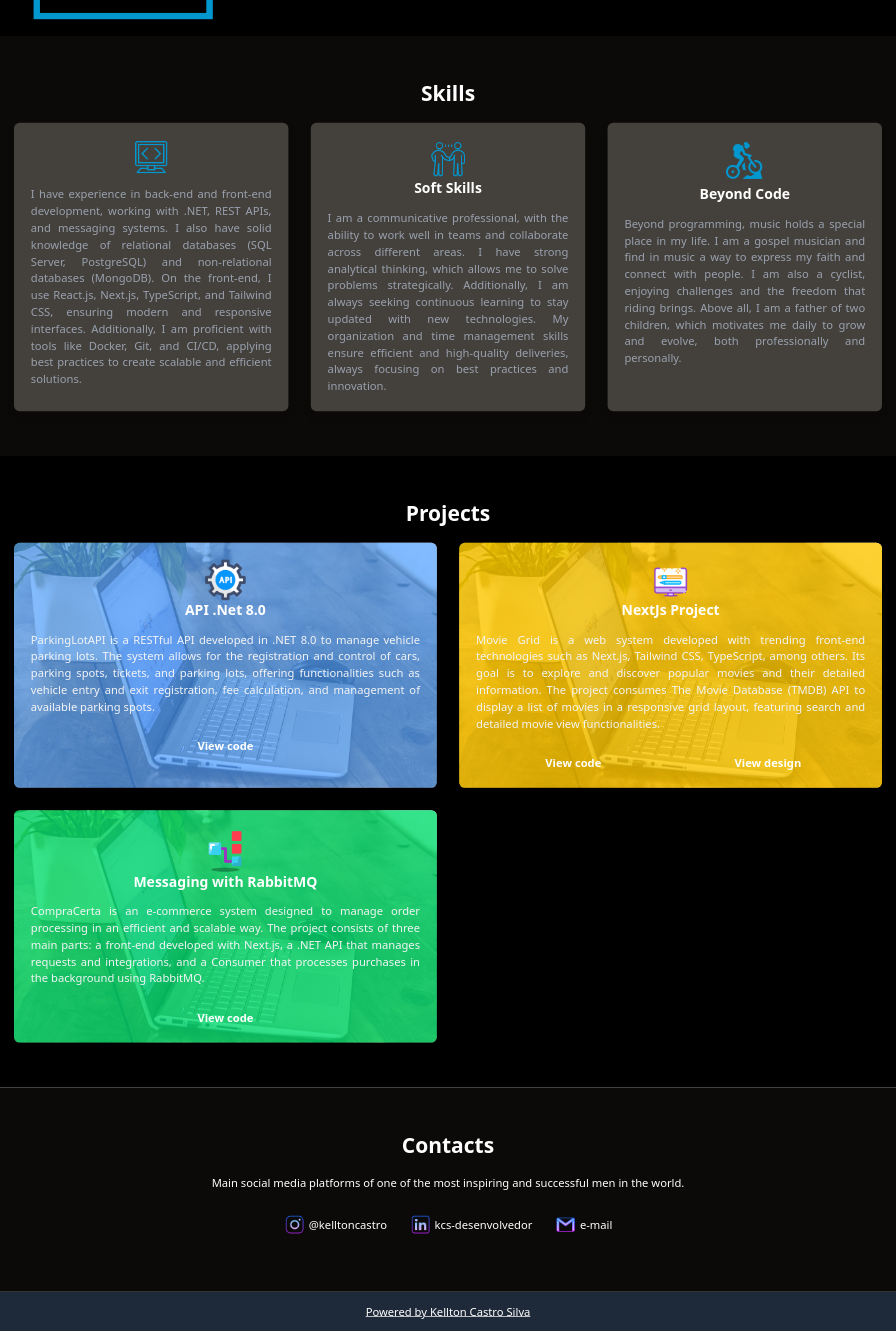
Repository: kcsdesenvolvedor/portfolio
Page: index.html
An editor plug-in stored every save of this project. The page is shown before and after the next save, followed by the edit.
The browser window is 1280 px wide. The pictures show the part of the page from y = 918 to 2838 px (the page is 2820 px tall before and 2838 px after), at 70% of full size.

Above is the page before, as saved 2025-03-26 20:13:22.
Console error: TypeError: Cannot read properties of null (reading 'textContent')

### index.html
<!DOCTYPE html>
<html lang="en">
<head>
    <meta charset="UTF-8">
    <meta name="viewport" content="width=device-width, initial-scale=1.0">
    <link rel="icon" href="./img/faviconK.png" type="image/x-icon">
    <link href="./output.css" rel="stylesheet">
    <title>Kellton Castro</title>
    <style>
        .typing-container {
        font-family: 'Courier New', monospace;
        font-size: 24px;
        color: #333;
        white-space: nowrap;
        overflow: hidden;
        border-right: 2px solid black;
        display: inline-block;
        animation: blink-caret 0.7s step-end infinite;
        }

        #typing-text {
            height: 40px;
        }

        @keyframes blink-caret {
        from, to {
            border-color: transparent;
        }
        50% {
            border-color: black;
        }
        }


        @keyframes fadeIn {
            from {
                opacity: 0;
                transform: translateY(20px);
            }
            to {
                opacity: 1;
                transform: translateY(0);
            }
        }

        .fade-in {
            animation: fadeIn 1s ease-in-out;
        }
    </style>
</head>
<body class="bg-gray-100 font-sans">
    <header>
        <nav class="fixed top-0 z-50 w-full px-4 py-4 flex justify-between items-center bg-stone-950">
            <div class="lg:hidden">
                <button class="navbar-burger flex items-center text-blue-600 p-3">
                    <svg class="block h-4 w-4 fill-current" viewBox="0 0 20 20" xmlns="http://www.w3.org/2000/svg">
                        <title>Mobile menu</title>
                        <path d="M0 3h20v2H0V3zm0 6h20v2H0V9zm0 6h20v2H0v-2z"></path>
                    </svg>
                </button>
            </div>
            <div>
                <ul class="hidden absolute top-1/2 left-1/2 transform -translate-y-1/2 -translate-x-1/2 lg:mx-auto lg:flex lg:items-center lg:w-auto lg:space-x-20">
                    <li><a class="text-sm text-blue-600/80 dark:text-sky-400/80 hover:text-white" href="#home" data-i18n="home"></a></li>
                    <li><a class="text-sm text-blue-600/80 dark:text-sky-400/80 hover:text-white" href="#about" data-i18n="about"></a></li>
                    <li><a class="text-sm text-blue-600/80 dark:text-sky-400/80 hover:text-white" href="#skills" data-i18n="skills"></a></li>
                    <li><a class="text-sm text-blue-600/80 dark:text-sky-400/80 hover:text-white" href="#projects" data-i18n="projects"></a></li>
                    <li><a class="text-sm text-blue-600/80 dark:text-sky-400/80 hover:text-white" href="#contacts" data-i18n="contacts"></a></li>
                </ul>
            </div>
            <div class="w-lg">
                <select id="language-select" class="border-2 border-blue-600/80 dark:border-sky-400/80 text-blue-600/80 dark:text-sky-400/80 bg-transparent rounded-lg px-4 py-2">
                    <option value="en">English</option>
                    <option value="pt">Português</option>
                </select>
            </div>
        </nav>
        <div class="navbar-menu fixed top-0 z-50 w-full hidden">
            <div class="navbar-backdrop fixed inset-0 bg-gray-800 opacity-25"></div>
            <nav class="fixed top-0 left-0 bottom-0 flex flex-col w-5/6 max-w-sm py-6 px-6 bg-white border-r overflow-y-auto">
                <div class="flex items-center mb-8">
                    <a class="mr-auto text-3xl font-bold leading-none" href="#">
                        <img class="w-16" src="./img/logo.png" alt="">
                    </a>
                    <button class="navbar-close">
                        <svg class="h-6 w-6 text-gray-400 cursor-pointer hover:text-gray-500" xmlns="http://www.w3.org/2000/svg" fill="none" viewBox="0 0 24 24" stroke="currentColor">
                            <path stroke-linecap="round" stroke-linejoin="round" stroke-width="2" d="M6 18L18 6M6 6l12 12"></path>
                        </svg>
                    </button>
                </div>
                <div>
                    <ul>
                        <li class="mb-1">
                            <a class="navbar-itemMenu block p-4 text-sm font-semibold text-gray-400 hover:bg-blue-50 hover:text-blue-600 rounded" href="#home" data-i18n="home"></a>
                        </li>
                        <li class="mb-1">
                            <a class="navbar-itemMenu block p-4 text-sm font-semibold text-gray-400 hover:bg-blue-50 hover:text-blue-600 rounded" href="#about" data-i18n="about"></a>
                        </li>
                        <li class="mb-1">
                            <a class="navbar-itemMenu block p-4 text-sm font-semibold text-gray-400 hover:bg-blue-50 hover:text-blue-600 rounded" href="#skills" data-i18n="skills"></a>
                        </li>
                        <li class="mb-1">
                            <a class="navbar-itemMenu block p-4 text-sm font-semibold text-gray-400 hover:bg-blue-50 hover:text-blue-600 rounded" href="#projects" data-i18n="projects"></a>
                        </li>
                        <li class="mb-1">
                            <a class="navbar-itemMenu block p-4 text-sm font-semibold text-gray-400 hover:bg-blue-50 hover:text-blue-600 rounded" href="#contact" data-i18n="contacts"></a>
                        </li>
                    </ul>
                </div>
                <div class="mt-auto">

                    <a href="https://kcode2025.github.io/sucess-history" target="_blank">
                        <p class="my-4 text-xs text-center text-gray-400">
                            Powered by Success Story
                        </p>
                    </a>
                </div>
            </nav>
        </div>
    </header>


    <!-- Home Section -->
    <section id="home" class="flex flex-col-reverse lg:flex-row lg:justify-around justify-between bg-stone-950 text-white text-center pt-20 lg:pb-0 pb-5 px-10 fade-in">
        <!-- Div do texto -->
        <div class="self-center w-full flex items-center justify-center">
            <div class="flex flex-col lg:w-2/4"> <!-- Ajuste essa div para ocupar 100% da largura -->
                <p class="text-md text-left" data-i18n="hello"></p>
                <p class="text-3xl text-blue-600/80 dark:text-sky-400/80 text-left font-semibold" data-i18n="apresentationMe"></p>
                <p class="text-lg text-gray-400 text-left font-semibold mb-2" data-i18n="myProfission"></p>
                <p class="text-xs text-gray-400 text-left font-semibold mb-8" data-i18n="welcomePortfolio"></p>
                <a href="#contact" class="bg-blue-600/80 dark:bg-sky-400/80 text-white font-bold w-2/4 py-3 px-6 border-2 rounded-lg shadow-lg hover:bg-black hover:text-blue-600/80 hover:dark:text-sky-400/80 hover:border-blue-600/80 hover:dark:border-sky-400/80 hover:border-2 transition delay-150 duration-300 ease-in-out" data-i18n="contacts"></a>
            </div>
        </div>

        <!-- Div da imagem -->
        <div class="flex justify-center lg:justify-end lg:w-2/4">
            <img class="min-w-2/4 object-contain" src="./img/perfil-portfolio2.png">
        </div>
    </section>

    <!-- Sobre -->
    <section id="about" class="flex flex-col lg:flex-row items-center justify-center space-y-10 lg:space-y-0 lg:space-x-20 py-16 bg-black border-r-gray-900 fade-in">
        <div class="relative flex justify-center">
            <!-- Moldura (posição de fundo) -->
            <img src="./img/moldura.png" class="w-3xs h-3xs absolute -left-5 top-5 lg:-left-10 lg:top-10" alt="moldura do perfil">

            <!-- Imagem de perfil (fica por cima) -->
            <img src="./img/perfil-portfolio1.png" class="w-3xs h-3xs relative z-10" alt="meu perfil">
        </div>
        <div class="px-5 w-full lg:w-3xl text-center lg:text-left">
            <h3 class="text-3xl text-white font-bold mb-2" data-i18n="about"></h3>
            <div class="w-20 h-0.5 bg-blue-600/80 dark:bg-sky-400/80 mb-3 mx-auto lg:mx-0"></div>
            <p class="text-gray-400 text-left w-full mb-8" data-i18n="aboutMeInfo"></p>
            <div class="flex flex-col lg:flex-row w-full lg:w-2/4 gap-4">
                <a href="#contact" class="bg-blue-600/80 dark:bg-sky-400/80 text-center text-white font-bold w-full lg:w-2/4 py-3 px-6 border-2 rounded-lg shadow-lg hover:bg-black hover:text-blue-600/80 hover:dark:text-sky-400/80 hover:border-blue-600/80 hover:dark:border-sky-400/80 hover:border-2 transition delay-150 duration-300 ease-in-out" data-i18n="contacts"></a>
                <a href="cv/Kellton.pdf" download="Kellton.pdf" class="bg-black text-center border-blue-600/80 dark:border-sky-400/80 text-blue-600/80 dark:text-sky-400/80 font-bold w-full lg:w-2/4 py-3 px-6 border-2 rounded-lg shadow-lg hover:text-white hover:border-white hover:border-2 transition delay-150 duration-300 ease-in-out">
                    Download CV
                </a>
            </div>
        </div>
    </section>



    <!-- Skills -->
    <section id="skills" class="py-16 bg-stone-950 fade-in">
        <div class="container mx-auto text-center">
            <h3 class="text-3xl text-white font-bold mb-6" data-i18n="skills"></h3>
            <div class="px-5 grid grid-cols-1 md:grid-cols-3 gap-8">
                <div class="flex flex-col items-center bg-stone-700 p-6 rounded-lg shadow-lg transition delay-150 duration-300 transform hover:scale-105 hover:shadow-xl">
                    <img src="./img/hard-skills.png" alt="image hard skills">
                    <h4 class="text-xl text-white font-bold mb-4" data-i18n="technicalSkill"></h4>
                    <p class="text-gray-400 text-justify">I have experience in back-end and front-end development, working with .NET, REST APIs, and messaging systems. I also have solid knowledge of relational databases (SQL Server, PostgreSQL) and non-relational databases (MongoDB). On the front-end, I use React.js, Next.js, TypeScript, and Tailwind CSS, ensuring modern and responsive interfaces. Additionally, I am proficient with tools like Docker, Git, and CI/CD, applying best practices to create scalable and efficient solutions.</p>
                </div>
                <div class="flex flex-col items-center bg-stone-700 p-6 rounded-lg shadow-lg transition delay-150 duration-300 transform hover:scale-105 hover:shadow-xl">
                    <img src="./img/soft-skills.png" class="h-14" alt="image soft skills">
                    <h4 class="text-xl text-white font-bold mb-4">Soft Skills</h4>
                    <p class="text-gray-400 text-justify">I am a communicative professional, with the ability to work well in teams and collaborate across different areas. I have strong analytical thinking, which allows me to solve problems strategically. Additionally, I am always seeking continuous learning to stay updated with new technologies. My organization and time management skills ensure efficient and high-quality deliveries, always focusing on best practices and innovation.</p>
                </div>
                <div class="flex flex-col items-center bg-stone-700 p-6 rounded-lg shadow-lg transition delay-150 duration-300 transform hover:scale-105 hover:shadow-xl">
                    <img src="./img/beyond-code.png" alt="imagem de beyond code">
                    <h4 class="text-xl text-white font-bold mb-4">Beyond Code</h4>
                    <p class="text-gray-400 text-justify">Beyond programming, music holds a special place in my life. I am a gospel musician and find in music a way to express my faith and connect with people. I am also a cyclist, enjoying challenges and the freedom that riding brings. Above all, I am a father of two children, which motivates me daily to grow and evolve, both professionally and personally.</p>
                </div>
            </div>
        </div>
    </section>

    <!-- Projetos -->
    <section id="projects" class="py-16 bg-black fade-in">
        <div class="container mx-auto text-center">
            <h3 class="text-3xl text-white font-bold mb-6" data-i18n="projects"></h3>
            <div class="px-5 grid grid-cols-1 md:grid-cols-2 gap-8">
                <div class="relative bg-stone-700 p-6 rounded-lg shadow-lg
                bg-[url('./img/homeoffice.jpg')] bg-cover bg-center bg-opacity-20">
                    <div class="absolute inset-0 bg-blue-400/70 rounded-lg"></div>
                    <div class="relative z-10 flex flex-col items-center">
                        <img src="./img/api.png" alt="image api">
                        <h4 class="text-xl text-white font-bold mb-4">API .Net 8.0</h4>
                        <p class="text-gray-100 text-justify">ParkingLotAPI is a RESTful API developed in .NET 8.0 to manage vehicle parking lots. The system allows for the registration and control of cars, parking spots, tickets, and parking lots, offering functionalities such as vehicle entry and exit registration, fee calculation, and management of available parking spots.</p>
                        <div class="flex justify-center mt-8 w-full">
                            <a href="https://github.com/kcsdesenvolvedor/ParkingLotAPI" class="text-white font-semibold w-full lg:w-2/4 px-6 hover:text-blue-600/80 hover:dark:text-sky-400/80 transition delay-150 duration-300 ease-in-out" target="_blank">
                                View code
                            </a>
                        </div>
                    </div>
                </div>
                <div class="relative bg-stone-700 p-6 rounded-lg shadow-lg
                bg-[url('./img/homeoffice.jpg')] bg-cover bg-center bg-opacity-20">
                    <div class="absolute inset-0 bg-yellow-400/80 rounded-lg"></div>
                    <div class="relative z-10 flex flex-col items-center">
                        <img src="./img/next-project.png" alt="image nextjs project">
                        <h4 class="text-xl text-white font-bold mb-4">NextJs Project</h4>
                        <p class="text-gray-100 text-justify">Movie Grid is a web system developed with trending front-end technologies such as Next.js, Tailwind CSS, TypeScript, among others. Its goal is to explore and discover popular movies and their detailed information. The project consumes The Movie Database (TMDB) API to display a list of movies in a responsive grid layout, featuring search and detailed movie view functionalities.</p>
                        <div class="flex justify-between mt-8 w-full">
                            <a href="https://github.com/kcsdesenvolvedor/Movie-Grid" class=" text-white font-semibold w-full lg:w-2/4 px-6 hover:text-blue-600/80 hover:dark:text-sky-400/80 transition delay-150 duration-300 ease-in-out" target="_blank">
                                View code
                            </a>
                            <a href="https://movie-grid-blue.vercel.app/" class=" text-white font-semibold w-full lg:w-2/4 px-6 hover:text-blue-600/80 hover:dark:text-sky-400/80 transition delay-150 duration-300 ease-in-out" target="_blank">
                                View design
                            </a>
                        </div>
                    </div>
                </div>
                <div class="relative flex flex-col items-center bg-stone-700 p-6 rounded-lg shadow-lg
                bg-[url('./img/homeoffice.jpg')] bg-cover bg-center bg-opacity-20">
                    <div class="absolute inset-0 bg-green-400/80 rounded-lg"></div>
                    <div class="relative z-10 flex flex-col items-center">
                        <img src="./img/mensageria.png" alt="imagem de mensageria">
                        <h4 class="text-xl text-white font-bold mb-4">Messaging with RabbitMQ</h4>
                        <p class="text-gray-100 text-justify">CompraCerta is an e-commerce system designed to manage order processing in an efficient and scalable way. The project consists of three main parts: a front-end developed with Next.js, a .NET API that manages requests and integrations, and a Consumer that processes purchases in the background using RabbitMQ.</p>
                        <div class="flex justify-center mt-8 w-full">
                            <a href="https://github.com/kcsdesenvolvedor/compra-certa" class="text-white font-semibold w-full lg:w-2/4 px-6 hover:text-blue-600/80 hover:dark:text-sky-400/80 transition delay-150 duration-300 ease-in-out" target="_blank">
                                View code
                            </a>
                        </div>
                    </div>
                </div>
            </div>
        </div>
    </section>

    <!-- Contato -->
    <section id="contacts" class="py-16 bg-stone-950 text-white text-center fade-in">
        <div class="container mx-auto px-2">
            <h3 class="text-3xl font-bold mb-6" data-i18n="contacts"></h3>
            <p class="mb-8">Main social media platforms of one of the most inspiring and successful men in the world.</p>
            <form class="max-w-lg mx-auto">
                <div class="flex flex-col justify-center lg:flex-row mb-4 gap-8">
                    <a href="https://www.cityfootballgroup.com/" target="_blank">
                        <div class="flex gap-1 items-center">
                            <img class="h-8 w-8" src="./img/instagram.png" alt="imagem do instagram">
                            <p class="text-1xl">@kelltoncastro</p>
                        </div>
                    </a>
                    <a href="https://x.com/HHmansour" target="_blank">
                        <div class="flex gap-1 items-center">
                            <img class="h-8 w-8" src="./img/linkedin.png" alt="imagem do linkedin">
                            <p class="text-1xl">kcs-desenvolvedor</p>
                        </div>
                    </a>
                    <a href="https://x.com/HHmansour" target="_blank">
                        <div class="flex gap-1 items-center">
                            <img class="h-8 w-8" src="./img/gmail.png" alt="imagem do gmail">
                            <p class="text-1xl">e-mail</p>
                        </div>
                    </a>
                </div>
            </form>
        </div>
    </section>

    <!-- Footer -->
    <footer class="bg-gray-800 text-white text-center py-4">
        <a class="cursor-pointer" href="https://kcode2025.github.io/sucess-history" target="_blank"><p class="underline">Powered by Kellton Castro Silva</p></a>
    </footer>

    <!-- Script -->
    <script>
        // Burger menus
        document.addEventListener('DOMContentLoaded', function() {
            // open
            const burger = document.querySelectorAll('.navbar-burger');
            const menu = document.querySelectorAll('.navbar-menu');

            if (burger.length && menu.length) {
                for (var i = 0; i < burger.length; i++) {
                    burger[i].addEventListener('click', function() {
                        for (var j = 0; j < menu.length; j++) {
                            menu[j].classList.toggle('hidden');
                        }
                    });
                }
            }

            // close
            const close = document.querySelectorAll('.navbar-close');
            const backdrop = document.querySelectorAll('.navbar-backdrop');
            const itemMenu = document.querySelectorAll('.navbar-itemMenu');

            if (close.length) {
                for (var i = 0; i < close.length; i++) {
                    close[i].addEventListener('click', function() {
                        for (var j = 0; j < menu.length; j++) {
                            menu[j].classList.toggle('hidden');
                        }
                    });
                }
            }

            if (backdrop.length) {
                for (var i = 0; i < backdrop.length; i++) {
                    backdrop[i].addEventListener('click', function() {
                        for (var j = 0; j < menu.length; j++) {
                            menu[j].classList.toggle('hidden');
                        }
                    });
                }
            }

            if (itemMenu.length) {
                for (var i = 0; i < itemMenu.length; i++) {
                    itemMenu[i].addEventListener('click', function() {
                        for (var j = 0; j < menu.length; j++) {
                            menu[j].classList.toggle('hidden');
                        }
                    });
                }
            }
        });

        // animação de digitação

        const texts = [
        "Visionary Leader",
        "Sports Enthusiast",
        "City Football Group Owner",
        "Innovative Investor",
        "Philanthropist",
        "Economic Pioneer",
        "Influential Figure",
        "Strategic Thinker",
        "Cultural Advocate",
        "Inspiring Icon"
        ];

        let currentTextIndex = 0;
        let charIndex = 0;
        const typingSpeed = 100; // Velocidade de digitação (ms por caractere)
        const erasingSpeed = 50; // Velocidade de apagar
        const delayBetweenTexts = 2000; // Tempo antes de trocar para o próximo texto

        const typingElement = document.getElementById("typing-text");

        function typeText() {
        if (charIndex < texts[currentTextIndex].length) {
            typingElement.textContent += texts[currentTextIndex].charAt(charIndex);
            charIndex++;
            setTimeout(typeText, typingSpeed);
        } else {
            setTimeout(eraseText, delayBetweenTexts);
        }
        }

        function eraseText() {
        if (charIndex > 0) {
            typingElement.textContent = texts[currentTextIndex].substring(0, charIndex - 1);
            charIndex--;
            setTimeout(eraseText, erasingSpeed);
        } else {
            currentTextIndex = (currentTextIndex + 1) % texts.length;
            setTimeout(typeText, typingSpeed);
        }
        }

        // Começar a animação
        document.addEventListener("DOMContentLoaded", () => {
        setTimeout(typeText, delayBetweenTexts);
        });

        </script>
        <script src="./js/main.js"></script>
        <script src="./js/translations.js"></script>
</body>
</html>

Loaded but not shown: js/translations.js (32 lines, source omitted); js/main.js (24 lines, source omitted); output.css (1429 lines, source omitted)

After the next save:
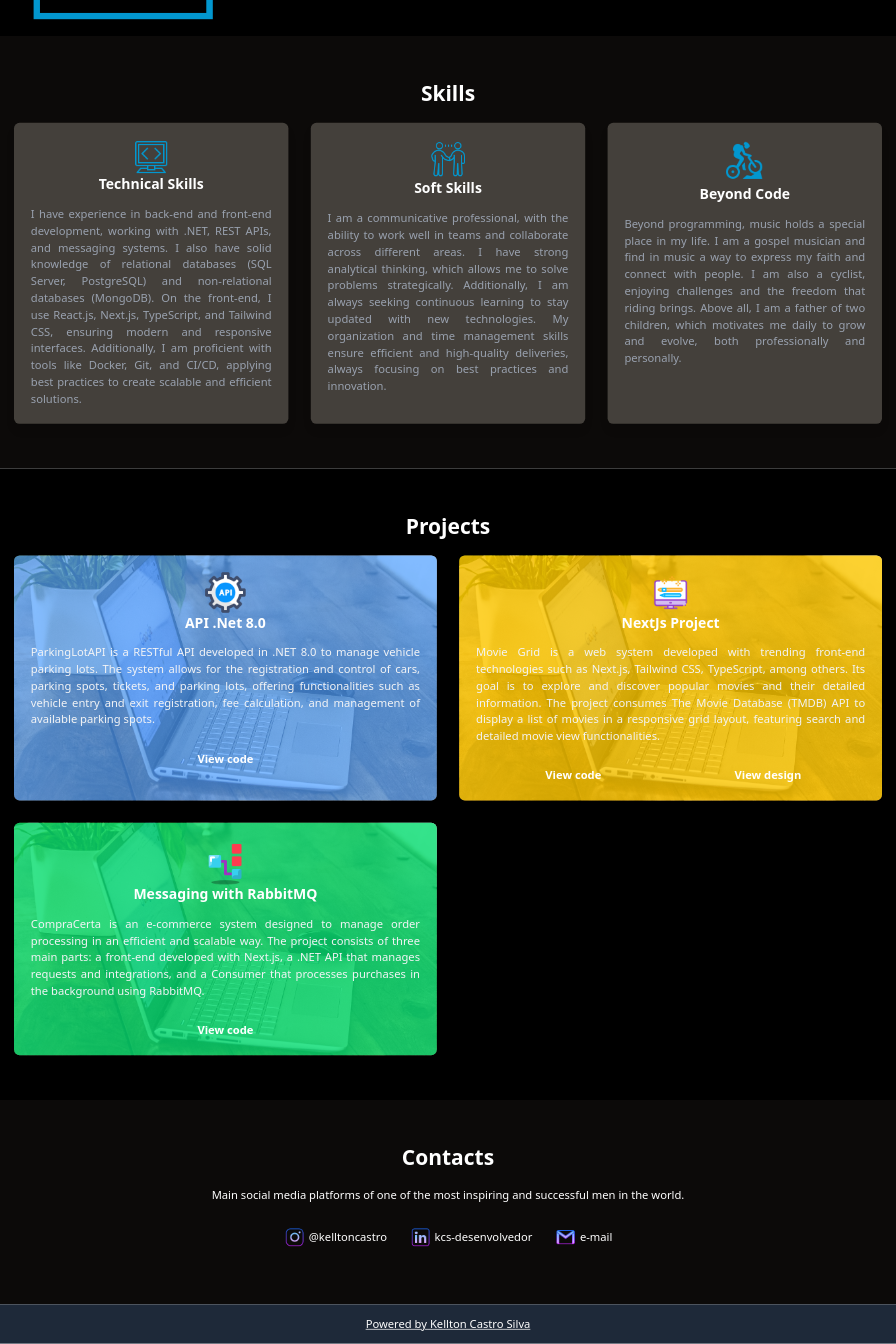
Saved 4 s later.
--- a/index.html
+++ b/index.html
@@ -170,7 +170,7 @@
             <div class="px-5 grid grid-cols-1 md:grid-cols-3 gap-8">
                 <div class="flex flex-col items-center bg-stone-700 p-6 rounded-lg shadow-lg transition delay-150 duration-300 transform hover:scale-105 hover:shadow-xl">
                     <img src="./img/hard-skills.png" alt="image hard skills">
-                    <h4 class="text-xl text-white font-bold mb-4" data-i18n="technicalSkill"></h4>
+                    <h4 class="text-xl text-white font-bold mb-4" data-i18n="technicalSkills"></h4>
                     <p class="text-gray-400 text-justify">I have experience in back-end and front-end development, working with .NET, REST APIs, and messaging systems. I also have solid knowledge of relational databases (SQL Server, PostgreSQL) and non-relational databases (MongoDB). On the front-end, I use React.js, Next.js, TypeScript, and Tailwind CSS, ensuring modern and responsive interfaces. Additionally, I am proficient with tools like Docker, Git, and CI/CD, applying best practices to create scalable and efficient solutions.</p>
                 </div>
                 <div class="flex flex-col items-center bg-stone-700 p-6 rounded-lg shadow-lg transition delay-150 duration-300 transform hover:scale-105 hover:shadow-xl">
